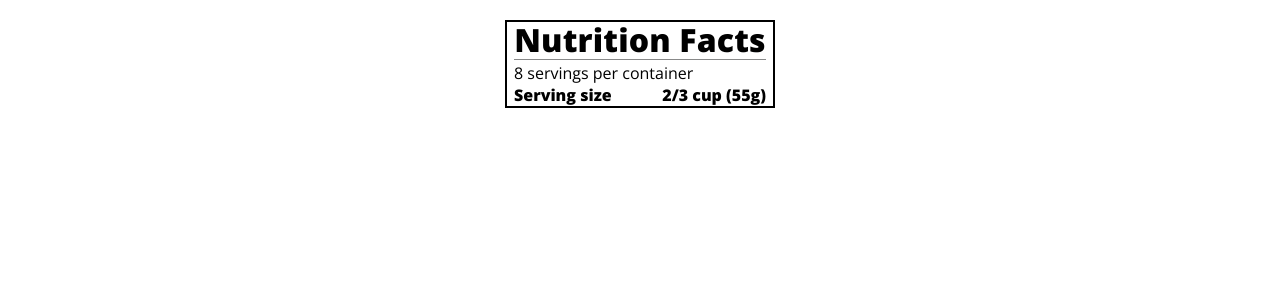
Repository: AimenDje/NutritionLabel
Page: index.html
The author's editor kept a copy of each file at every save. The page is drawn from the files as they stood at one save, then again after the next save.
The browser window is 1280 px wide. The pictures show the whole page.

Above is the page before, as saved 2025-08-30 22:12:29.

### index.html
<!DOCTYPE html>
<html lang="en">

<head>
  <meta charset="UTF-8">
  <title>Nutrition Label</title>
  <link rel="stylesheet" href="https://fonts.googleapis.com/css?family=Open+Sans:400,700,800">
  <link rel="stylesheet" href="styles.css">

</head>

<body>
  <div class="label">
    <header>
      <h1 class="bold">Nutrition Facts</h1>
      <div class="divider"></div>
      <p>8 servings per container</p>
      <p class="bold">Serving size <span>2/3 cup (55g)</span></p>
    </header>
  </div>
  </div>
</body>
</html>

### styles.css
*{
  box-sizing: border-box;
}

body{
  font-family:"Open Sans", sans-serif;
}

html{
  font-size:16px;
}

.label {
  border: 2px solid black;
  width: 270px;
  margin: 20px auto;
  padding : 0 7px;
}

header h1 {
  text-align: center;
  margin : -4px 0;
  letter-spacing : 0.15px;
}

p{
  margin : 0;
  display:flex;
  justify-content: space-between;
}

.divider{
  border-bottom: 1px solid #888989;
  margin : 2px 0;
}

.bold{
  font-weight: 800;
}

After the next save:
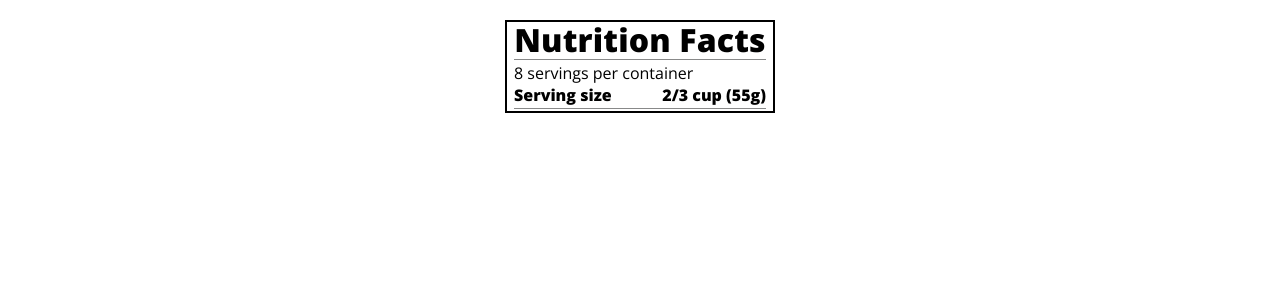
Saved 2 min 21 s later.
--- a/index.html
+++ b/index.html
@@ -17,6 +17,8 @@
       <p>8 servings per container</p>
       <p class="bold">Serving size <span>2/3 cup (55g)</span></p>
     </header>
+    <div class="divider large">
+</div>
   </div>
   </div>
 </body>
